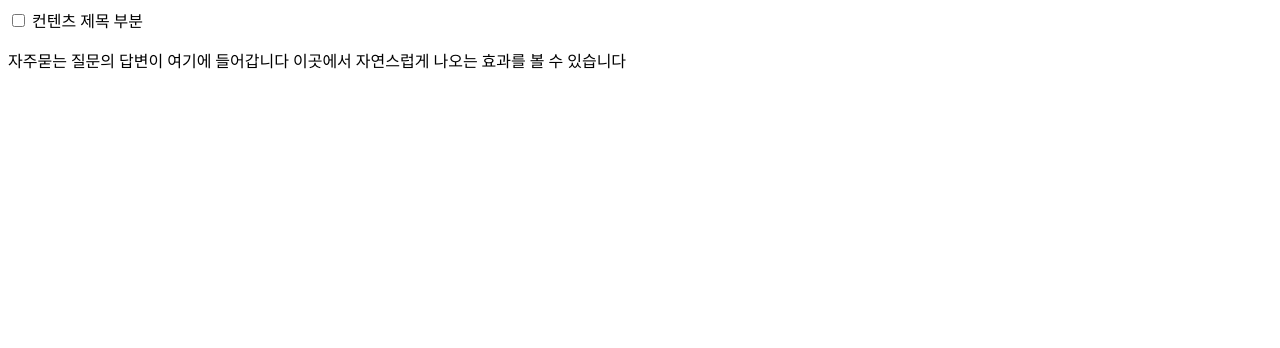
Repository: Heo-sh/GroupProject
Page: http://localhost/Spring_project_2/WEB-INF/views/faq.jsp
The author's editor kept a copy of each file at every save. The page is drawn from the files as they stood at one save, then again after the next save.
The browser window is 1280 px wide. The pictures show the whole page.
The page is served by Tomcat 9. Nobody is signed in. Other server files are loaded and not shown. The template is opened directly, without the code that normally fills it, so the values that code supplies are empty.

Above is the page before, as saved 2023-05-31 04:58:55.

### work_로그인_회원페이지/Spring_project_2/src/main/webapp/WEB-INF/views/faq.jsp
<%@ page language="java" contentType="text/html; charset=UTF-8"
    pageEncoding="UTF-8"%>
<!DOCTYPE html>
<html>
	<head>
		<meta charset="UTF-8">
		<title>FAQ</title>
	</head>
	<body>
		<div class= "accordion">
			<input type ="checkbox" id="answer01">
			<label for="answer01">컨텐츠 제목 부분<em></em></label>
			<div><p>자주묻는 질문의 답변이 여기에 들어갑니다
					이곳에서 자연스럽게 나오는 효과를 볼 수 있습니다</p>
			</div>
		</div>
	</body>
</html>

After the next save:
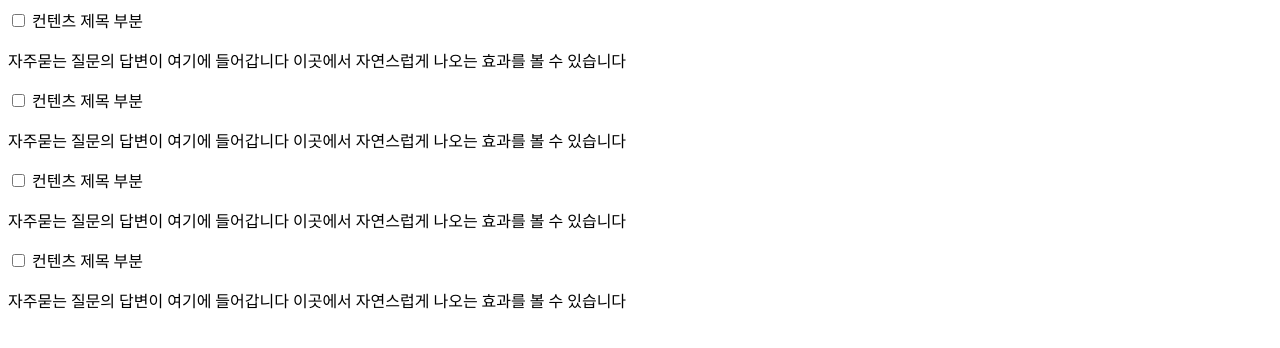
Saved 38 s later.
--- a/work_로그인_회원페이지/Spring_project_2/src/main/webapp/WEB-INF/views/faq.jsp
+++ b/work_로그인_회원페이지/Spring_project_2/src/main/webapp/WEB-INF/views/faq.jsp
@@ -13,6 +13,21 @@
 			<div><p>자주묻는 질문의 답변이 여기에 들어갑니다
 					이곳에서 자연스럽게 나오는 효과를 볼 수 있습니다</p>
 			</div>
+			<input type ="checkbox" id="answer02">
+			<label for="answer02">컨텐츠 제목 부분<em></em></label>
+			<div><p>자주묻는 질문의 답변이 여기에 들어갑니다
+					이곳에서 자연스럽게 나오는 효과를 볼 수 있습니다</p>
+			</div>
+			<input type ="checkbox" id="answer03">
+			<label for="answer03">컨텐츠 제목 부분<em></em></label>
+			<div><p>자주묻는 질문의 답변이 여기에 들어갑니다
+					이곳에서 자연스럽게 나오는 효과를 볼 수 있습니다</p>
+			</div>
+			<input type ="checkbox" id="answer04">
+			<label for="answer04">컨텐츠 제목 부분<em></em></label>
+			<div><p>자주묻는 질문의 답변이 여기에 들어갑니다
+					이곳에서 자연스럽게 나오는 효과를 볼 수 있습니다</p>
+			</div>
 		</div>
 	</body>
 </html>
